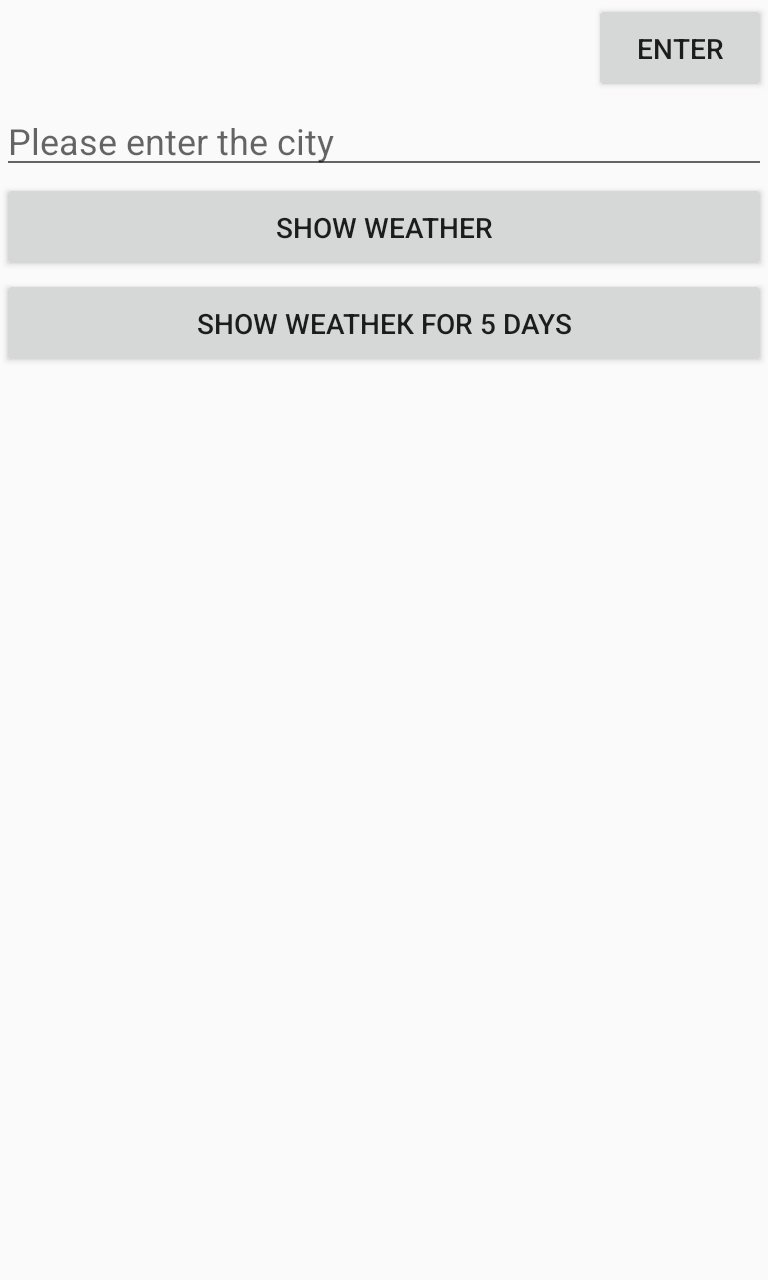
Repository: alexWr/weather-app
Layout: OpenWeatherT/res/layout/main.xml
An editor plug-in stored every save of this project. The layout is shown before and after the next save, followed by the edit.
It is drawn on a 768 x 1280 px phone screen (xhdpi) without system bars, with theme AppTheme; the app's code is not run.

Above is the layout before, as saved 2014-10-16 12:16:12.

### OpenWeatherT/res/layout/main.xml
<?xml version="1.0" encoding="utf-8"?>
<LinearLayout xmlns:android="http://schemas.android.com/apk/res/android"
    android:layout_width="fill_parent"
    android:layout_height="fill_parent"
    android:orientation="vertical"     >
    <Button
		android:layout_width="wrap_content"
		android:layout_height="wrap_content"
		android:layout_gravity="right"
		android:text="Enter"
		android:id="@+id/btnEnter"/>
    <EditText
		android:layout_width="match_parent"
	    android:layout_height="wrap_content"
	    android:layout_gravity="center"
	    android:hint="Please enter the city"
		android:id="@+id/etCity"
		/>
    <Button
		android:layout_width="match_parent"
		android:layout_height="wrap_content"
		android:layout_gravity="center"
		android:text="Show weather"
		android:id="@+id/btnSend"/>
    <Button
		android:layout_width="match_parent"
		android:layout_height="wrap_content"
		android:layout_gravity="center"
		android:text="Show weatheк for 5 days"
		android:id="@+id/btnSend2"/>
	<TextView
        android:layout_width="wrap_content"
        android:layout_height="wrap_content"
        android:layout_gravity="center"
        android:id="@+id/tvTemp"/>
	<TextView
        android:layout_width="wrap_content"
        android:layout_height="wrap_content"
        android:layout_gravity="center"
        android:id="@+id/tvWeather"/>
	<TableLayout
		android:layout_height="wrap_content"
		android:layout_width="match_parent"
		android:id="@+id/tableLayout1">
		<TableRow
		    android:id="@+id/tableRow2"
			android:layout_width="wrap_content"
			android:layout_height="wrap_content">
			<TextView
        		android:layout_width="wrap_content"
        		android:layout_height="wrap_content"
        		android:layout_marginLeft="55dp"
        		android:id="@+id/tvDay1"
        		android:layout_weight="1" />
			<TextView
        		android:layout_width="wrap_content"
        		android:layout_height="wrap_content"
        		android:id="@+id/tvDay2"
        		android:layout_weight="1"/>
			<TextView
        		android:layout_width="wrap_content"
        		android:layout_height="wrap_content"
        		android:id="@+id/tvDay3"
        		android:layout_weight="1"/>
			<TextView
        		android:layout_width="wrap_content"
        		android:layout_height="wrap_content"
        		android:id="@+id/tvDay4"
        		android:layout_weight="1"/>
		</TableRow>
	</TableLayout>
</LinearLayout>

Loaded but not shown: OpenWeatherT/res/values/styles.xml (common file); OpenWeatherT/res/values-v11/styles.xml (common file); OpenWeatherT/res/values-v14/styles.xml (common file)

After the next save:
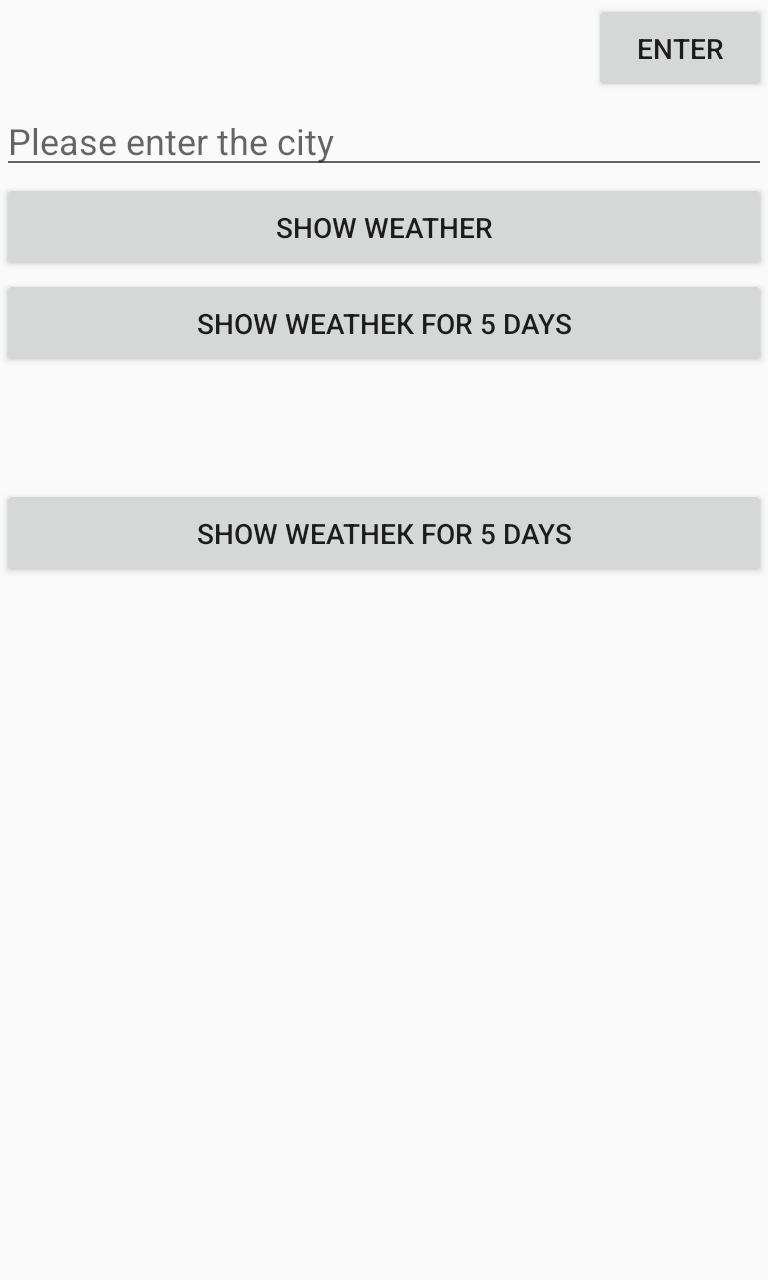
Saved 48 s later.
--- a/OpenWeatherT/res/layout/main.xml
+++ b/OpenWeatherT/res/layout/main.xml
@@ -69,4 +69,10 @@
         		android:layout_weight="1"/>
 		</TableRow>
 	</TableLayout>
+	<Button
+		android:layout_width="match_parent"
+		android:layout_height="wrap_content"
+		android:layout_gravity="center"
+		android:text="Show weatheк for 5 days"
+		android:id="@+id/btnGeo"/>
 </LinearLayout>
